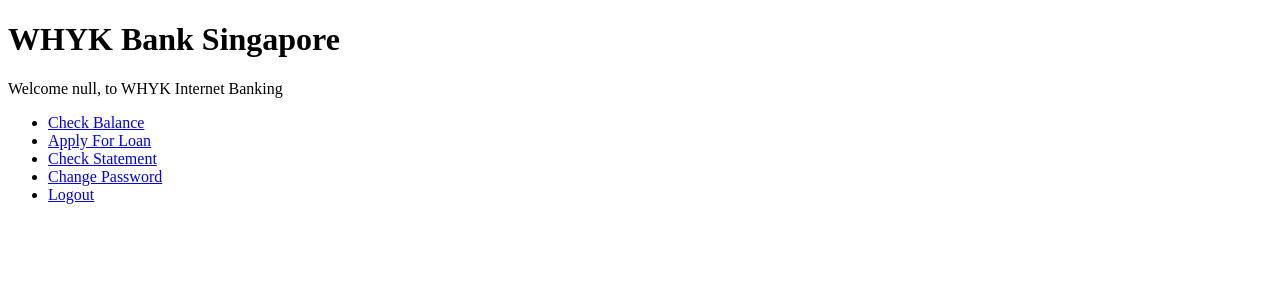
Repository: LingWenXing/java-fundamentals
Page: http://localhost/BankApplicationSystem/loginPageSuccess.jsp
The author's editor kept a copy of each file at every save. The page is drawn from the files as they stood at one save, then again after the next save.
The browser window is 1280 px wide. The pictures show the whole page.
The page is served by Tomcat 9. Other server files are loaded and not shown.

Above is the page before, as saved 2022-04-15 06:57:16.

### BankApplicationSystem/src/main/webapp/loginPageSuccess.jsp
<%@ page language="java" contentType="text/html; charset=ISO-8859-1"
    pageEncoding="ISO-8859-1"%>
<!DOCTYPE html>
<html>
<head>
<meta charset="ISO-8859-1">
<title>WHYK Bank | Singapore</title>
</head>
<body>
	<header>
		<div>
			<div>
				<h1>WHYK Bank Singapore</h1>
			</div>
			Welcome <%out.print(session.getAttribute("name"));%>, to WHYK Internet Banking<br>
			<nav>
				<ul>
					<li><a href="/BankApplicationSystem/checkBalance.html">Check Balance</a></li>
					<li><a href="/BankApplicationSystem/applyForLoan.html">Apply For Loan</a></li>
					<li><a href="/BankApplicationSystem/checkStatement.html">Check Statement</a></li>
					<li><a href="/BankApplicationSystem/changePassword.html">Change Password</a></li>
					<li><a href="/BankApplicationSystem/Logout">Logout</a></li>
				</ul>
			</nav>
		</div>
	</header>
</body>
</html>

After the next save:
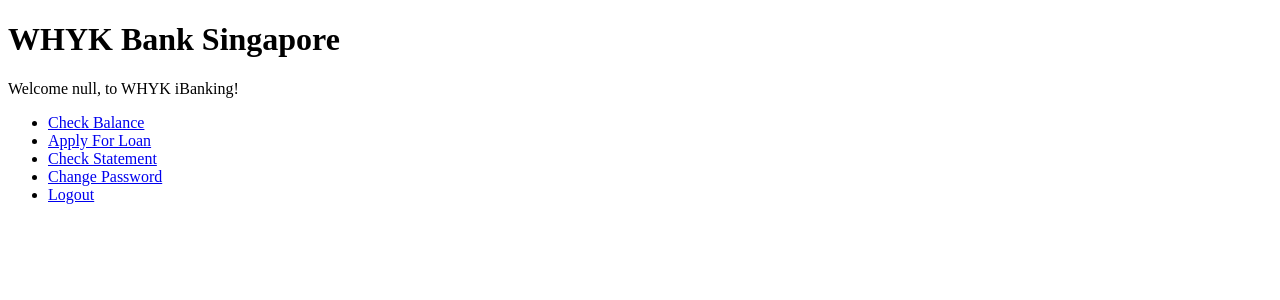
Saved 13 s later.
--- a/BankApplicationSystem/src/main/webapp/loginPageSuccess.jsp
+++ b/BankApplicationSystem/src/main/webapp/loginPageSuccess.jsp
@@ -12,7 +12,7 @@
 			<div>
 				<h1>WHYK Bank Singapore</h1>
 			</div>
-			Welcome <%out.print(session.getAttribute("name"));%>, to WHYK Internet Banking<br>
+			Welcome <%out.print(session.getAttribute("name"));%>, to WHYK iBanking!<br>
 			<nav>
 				<ul>
 					<li><a href="/BankApplicationSystem/checkBalance.html">Check Balance</a></li>
